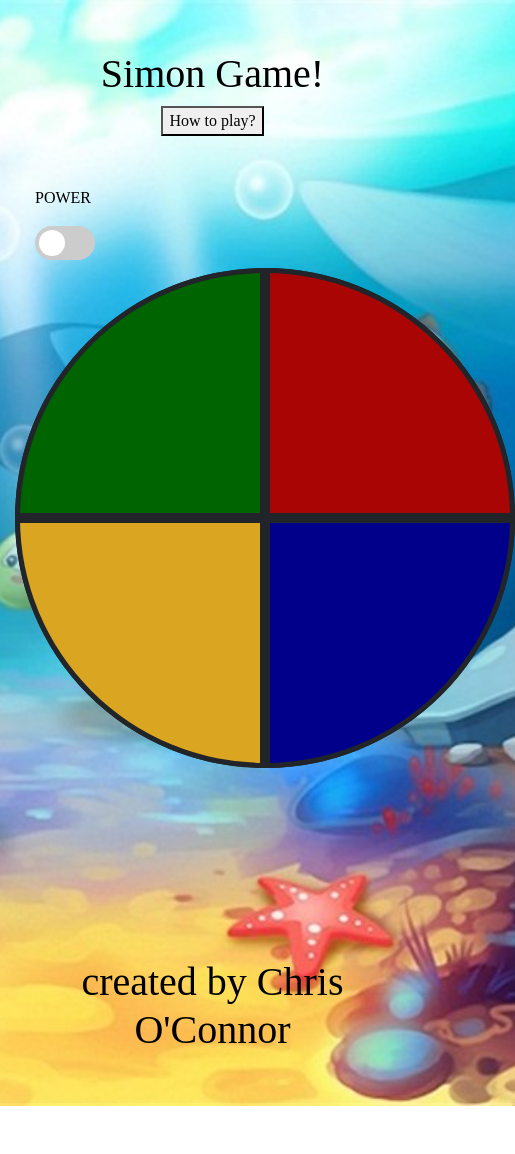
Repository: chrisoc19/SimonSays
Page: index.html
The author's editor kept a record of every edit. The page is drawn from the files as they stood at one moment, then again after the next edit.
The browser window is 375 px wide. The page is 515 px wide, so the pictures cover 515 px, including what lies to the right of the window. The pictures show the whole page.
Some web fonts or font styles are not loaded; a fallback is used.

Above is the page before.

### index.html
<!DOCTYPE html>
<html>
<html lang="en">

<head>
  <meta charset="UTF-8">
  <title>Simon Game</title>
  <meta name="viewport" content="width=device-width, initial-scale=1">
  <link href='https://fonts.googleapis.com/css?family=Original+Surfer&effect=emboss' rel='stylesheet' type='text/css'>
  <link rel="stylesheet" href="css/style.css">
  <link rel="stylesheet" href="https://stackpath.bootstrapcdn.com/bootstrap/4.3.1/css/bootstrap.min.css" integrity="sha384-ggOyR0iXCbMQv3Xipma34MD+dH/1fQ784/j6cY/iJTQUOhcWr7x9JvoRxT2MZw1T" crossorigin="anonymous">
  <script src="https://ajax.googleapis.com/ajax/libs/jquery/3.4.1/jquery.min.js"></script>
</head>

<body>


  <div class="container-fluid">
    <div class="row">
      <div class="col text text-box mobile-margin visible-xs ">
        <h1>Simon Game!</h1>
        <!-- Trigger/Open The Modal -->
        <button id="myBtn">How to play?</button>

        <!-- The Modal -->
        <div id="myModal" class="modal">

          <!-- Modal content -->
          <div class="modal-content">
            <span class="close">&times;</span>
            <p>To begin click on the Power button</p>
            <p>Get ready to watch, remember, repeat! </p>
            <p>Click Start when ready to play..</p>
            <p>If strict mode is enabled you only get one guess so be careful!!...</p>
          </div>

        </div>

      </div>

    </div>


    <div class="row">
      <div class="col-sm-2 switches-wrapper">
        <div class="switches">

          <p class="newButtons">POWER</p>
          <label class="switch">
  <input type="checkbox" class="switch" id="on">
  <span class="slider round"></span>
</label>

          <div class="remove d-none">

            <div id="turn"></div>
            <div class="text2">
              COUNT
            </div>


            <div class="button-container">
              <button class="button" id="start">Start</button>
            </div>


            <p class="newButtons ">STRICT</p>
            <label class="switch">
  <input type="checkbox" class="switch " id="strict">
  <span class="slider round"></span>
</label>

          </div>

        </div>

      </div>
      <div class="col-sm-8">
        <div class="circle">
          <div id="topleft"></div>
          <div id="topright"></div>
          <div id="bottomleft"></div>
          <div id="bottomright"></div>
        </div>
      </div>

    </div>
  </div>

  <div class="container-fluid">
    <div class="row">
      <div class="col footer  mobile-margin visible-xs">
        <h1 class="footer-text">created by Chris O'Connor</h1>


      </div>

    </div>









    <script src="js/index.js"></script>

</body>

</html>

### css/style.css

body {
  margin : 0;
  background-image: url("../img/sea.2.jpg");
  background-position: center;
  background-repeat: no-repeat;
  background-size: cover;

}

/* The Modal (background) */
.modal {
  display: none; /* Hidden by default */
  position: fixed; /* Stay in place */
  z-index: 1; /* Sit on top */
  left: 0;
  top: 0;
  width: 100%; /* Full width */
  height: 100%; /* Full height */
  overflow: auto; /* Enable scroll if needed */
  background-color: rgb(0,0,0); /* Fallback color */
  background-color: rgba(0,0,0,0.4); /* Black w/ opacity */
}
/* -----------------------------------------------------  Modal */
/* Modal Content/Box */
.modal-content {
  background-color: #fefefe;
  margin: 15% auto; /* 15% from the top and centered */
  padding: 20px;
  border: 1px solid #888;
  width: 80%; /* Could be more or less, depending on screen size */
}

/* The Close Button */
.close {
  color: #aaa;
  float: right;
  font-size: 28px;
  font-weight: bold;
}

.close:hover,
.close:focus {
  color: black;
  text-decoration: none;
  cursor: pointer;
}
/* -----------------------------------------------------Footer */
.mobile-margin{
  margin-left: 50px;
}
.footer-text{
  margin-top: 150px;
}
.footer{
  margin-top: 40px;
  margin-bottom: 40px;
  font-family: 'Original Surfer', cursive;
  text-align: center;
  color: black;
}
@media only screen and (min-width: 315px) {
 .footer {
    margin-bottom: 44px;

  }
}
@media only screen and (min-width: 768px) {
 .footer {
    margin-bottom: 94px;
  }
}
@media only screen and (min-width: 1024px) {
 .footer {
    margin-bottom: 455px;
  }
}
@media only screen and (min-width: 1025px) {
 .footer {
    margin-bottom: 40px;
  }
}

/* -----------------------------------------------------Simon game Text */
.text {
  font-family: 'Original Surfer', cursive;

  text-align: center;
  color: black;
}

.text-box {
  margin-top: 50px;
  margin-bottom: 50px;

  background-color: rgba(0, 123, 255, 0);
}

.newButtons{
  font-family: 'Original Surfer', cursive;

  width: 65px;
  color: black;
}

@media only screen and (max-width: 320px) {
 .text-box {
    margin-left: 200px;
  }
  .footer{
    margin-left: 170px;
  }
}
@media only screen and (max-width: 360px) {
 .text-box {
    margin-left: 210px;
  }
  .footer{
    margin-left: 180px;
  }
}
/* ----------------------------------------------------- Switches */
.switches-wrapper {
  margin-left: 20px;
   background-color: rgba(0, 123, 255, 0);
}





/* The switch - the box around the slider */

.switch {
  position: relative;
  display: inline-block;
  width: 60px;
  height: 34px;
}

/* Hide default HTML checkbox */

.switch input {
  opacity: 0;
  width: 0;
  height: 0;
}

/* The slider */

.slider {
  position: absolute;
  cursor: pointer;
  top: 0;
  left: 0;
  right: 0;
  bottom: 0;
  background-color: #ccc;
  -webkit-transition: .4s;
  transition: .4s;
}

.slider:before {
  position: absolute;
  content: "";
  height: 26px;
  width: 26px;
  left: 4px;
  bottom: 4px;
  background-color: white;
  -webkit-transition: .4s;
  transition: .4s;
}

input:checked+.slider {
  background-color: #2196F3;
}

input:focus+.slider {
  box-shadow: 0 0 1px #2196F3;
}

input:checked+.slider:before {
  -webkit-transform: translateX(26px);
  -ms-transform: translateX(26px);
  transform: translateX(26px);
}

/* Rounded sliders */

.slider.round {
  border-radius: 34px;
}

.slider.round:before {
  border-radius: 50%;
}

.toggle {
  margin-left: 20px;
  margin-right: 20px;
}


.button {
  -webkit-transition-duration: 0.4s;
  /* Safari */
  transition-duration: 0.4s;
 font-family:  'Original Surfer', cursive;
}

.button:hover {
  background-color: #4CAF50;
  /* Green */
  color: white;
}

.button-container {
  margin-bottom: 10px;

}


/* -----------------------------------------------------Counter */
.text2 {
  position: absolute;
  font-family: 'Original Surfer', cursive;
  margin-top: 170px;
  margin-bottom: 50px;
  margin-right: 100px;
}



#turn {
  position: absolute;
  background: rgba(0,123,255,.5);
  /*background: #330000;*/
  color: red;
  font-family: courier;
  font-size: 20px;
  height: 30px;
  width: 50px;

  margin-top: 130px;
  margin-left: 5px;
  text-align: center;

  line-height: 30px;
}

/*------------------------------------------------- circle */

.circle {

  background: #385a94;
  border-radius: 50%;
  height: 500px;
  width: 500px;
  position: relative;
  border-style: solid;
  border-width: 10px;
  margin: auto;


}

#topleft {
  position: absolute;
  height: 250px;
  width: 250px;
  border-radius: 250px 0 0 0;
  -moz-border-radius: 250px 0 0 0;
  -webkit-border-radius: 250px 0 0 0;
  background: darkgreen;
  top: 50%;
  left: 50%;
  margin: -250px 0px 0px -250px;
  border-style: solid;
  border-width: 5px;
  box-sizing: border-box;
  -moz-box-sizing: border-box;
  -webkit-box-sizing: border-box;
}

#topright {
  position: absolute;
  height: 250px;
  width: 250px;
  border-radius: 0 250px 0 0;
  -moz-border-radius: 0 250px 0 0;
  -webkit-border-radius: 0 250px 0 0;
  background: #a90505;
  top: 50%;
  left: 50%;
  margin: -250px 0px 0px 0px;
  border-style: solid;
  border-width: 5px;
  box-sizing: border-box;
  -moz-box-sizing: border-box;
  -webkit-box-sizing: border-box;
}

#bottomleft {
  position: absolute;
  height: 250px;
  width: 250px;
  border-radius: 0 0 0 250px;
  -moz-border-radius: 0 0 0 250px;
  -webkit-border-radius: 0 0 0 250px;
  background: goldenrod;
  top: 50%;
  left: 50%;
  margin: 0px -250px 0px -250px;
  border-style: solid;
  border-width: 5px;
  box-sizing: border-box;
  -moz-box-sizing: border-box;
  -webkit-box-sizing: border-box;
}

#bottomright {
  position: absolute;
  height: 250px;
  width: 250px;
  border-radius: 0 0 250px 0;
  -moz-border-radius: 0 0 250px 0;
  -webkit-border-radius: 0 0 250px 0;
  background: darkblue;
  top: 50%;
  left: 50%;
  margin: 0px 0px -250px 0px;
  border-style: solid;
  border-width: 5px;
  box-sizing: border-box;
  -moz-box-sizing: border-box;
  -webkit-box-sizing: border-box;
}

### js/index.js
let order = [];
let playerOrder = [];
let flash;
let turn;
let good;
let compTurn;
let intervalId;
let strict = false;
let start = false;
let noise = true;
let on = false;
let win;

let oneNoise = new Audio('sounds/drop.mp3');
let twoNoise = new Audio('sounds/pop.mp3');
let threeNoise = new Audio('sounds/seagull.ogg');
let fourNoise = new Audio('sounds/radar.wav');
let startNoise = new Audio('sounds/startSound.ogg');
let offNoise = new Audio('sounds/off.ogg');
let winNoise = new Audio('sounds/winSound.wav');
let strictNoise = new Audio('sounds/b1.wav');


const turnCounter = document.querySelector("#turn");
const topLeft = document.querySelector("#topleft");
const topRight = document.querySelector("#topright");
const bottomLeft = document.querySelector("#bottomleft");
const bottomRight = document.querySelector("#bottomright");
const strictButton = document.querySelector("#strict");
const onButton = document.querySelector("#on");
const startButton = document.querySelector("#start");

//--------------------------------------------------------------- onButton
// Get the modal
var modal = document.getElementById("myModal");

// Get the button that opens the modal
var btn = document.getElementById("myBtn");

// Get the <span> element that closes the modal
var span = document.getElementsByClassName("close")[0];

// When the user clicks on the button, open the modal
btn.onclick = function() {
  modal.style.display = "block";
}

// When the user clicks on <span> (x), close the modal
span.onclick = function() {
  modal.style.display = "none";
}

// When the user clicks anywhere outside of the modal, close it
window.onclick = function(event) {
  if (event.target == modal) {
    modal.style.display = "none";
  }
}
//--------------------------------------------------------------- onButton

$('#on').click(function() {
    $('.remove').removeClass('d-none');
    $('.add').addClass('d-none');
})

onButton.addEventListener('click', (event) => {
    if (onButton.checked == true) {
        on = true;
        turnCounter.innerHTML = "-";
        startSound();
        flashColor();
        setTimeout(() => {
            clearColor();
        }, 800);
    }
    else {
        on = false;
        turnCounter.innerHTML = "Bye";
        setTimeout(() => {
            turnCounter.innerHTML = "";
        }, 1000);
        clearInterval(intervalId);
        off();
        flashColor();
        setTimeout(() => {
            clearColor();
        }, 800);
        setTimeout(() => {
            document.location.reload(true);
        }, 200);

    }

});

function startSound() {
    if (noise) {
        startNoise.play();
    }
    noise = true;

}

function off() {
    if (noise) {
        offNoise.play();
    }
    noise = true;

}
//---------------------------------------------------------------startButton
startButton.addEventListener('click', (event) => {
    if (on || win) {
        play();
        start = true;
    }
    if (onButton.checked == false) {
        startButton = 'unclick';
        start = false;

    }

});

//--------------------------------------------------------------- strictButton


strictButton.addEventListener('change', (event) => {
    if (onButton.checked == false) {
        document.getElementById("#strict").disabled = true;

    }
    if (strictButton.checked == true) {
        strict = true;
        strictSound();
        clearInterval(intervalId);
        turnCounter.innerHTML = "-";
        flashColor();
        setTimeout(() => {
            clearColor();
        }, 800);

    }
    else {
        strict = false;
        strictSound();
        clearInterval(intervalId);
        turnCounter.innerHTML = "-";
        flashColor();
        setTimeout(() => {
            clearColor();
        }, 800);

    }
});

function strictSound() {
    if (noise) {
        strictNoise.play();
    }
    noise = true;

}
//---------------------------------------------------------------play()
function play() {
    win = false;
    order = [];
    playerOrder = [];
    flash = 0;
    intervalId = 0;
    turn = 1;
    turnCounter.innerHTML = 1;
    good = true;
    for (var i = 0; i < 20; i++) {
        order.push(Math.floor(Math.random() * 4) + 1);
    }
    compTurn = true;

    intervalId = setInterval(gameTurn, 800);
}
//---------------------------------------------------------------GameTurn  ()
function gameTurn() {
    on = false;

    if (flash == turn) {
        clearInterval(intervalId);
        compTurn = false;
        clearColor();
        on = true;
    }

    if (compTurn) {
        clearColor();
        setTimeout(() => {
            if (order[flash] == 1) one();
            if (order[flash] == 2) two();
            if (order[flash] == 3) three();
            if (order[flash] == 4) four();
            flash++;
        }, 200);
    }
}
//--------------------------------------------------------------- Function 1 - 4
function one() {
    if (noise) {
        oneNoise.play();
    }
    noise = true;
    topLeft.style.backgroundColor = "lightgreen";
}

function two() {
    if (noise) {
        twoNoise.play();
    }
    noise = true;
    topRight.style.backgroundColor = "tomato";
}

function three() {
    if (noise) {
        threeNoise.play();
    }
    noise = true;
    bottomLeft.style.backgroundColor = "yellow";
}

function four() {
    if (noise) {
        fourNoise.play();
    }
    noise = true;
    bottomRight.style.backgroundColor = "lightskyblue";
}
//---------------------------------------------------------------clear color
function clearColor() {
    topLeft.style.backgroundColor = "darkgreen";
    topRight.style.backgroundColor = "darkred";
    bottomLeft.style.backgroundColor = "goldenrod";
    bottomRight.style.backgroundColor = "darkblue";
}
//---------------------------------------------------------------  flash Colors
function flashColor() {
    topLeft.style.backgroundColor = "lightgreen";
    topRight.style.backgroundColor = "tomato";
    bottomLeft.style.backgroundColor = "yellow";
    bottomRight.style.backgroundColor = "lightskyblue";
}
//---------------------------------------------------------------Click Events
topLeft.addEventListener('click', (event) => {
    if (on && start) {
        playerOrder.push(1);
        check();
        one();
        if (!win) {
            setTimeout(() => {
                clearColor();
            }, 300);
        }
    }

});

topRight.addEventListener('click', (event) => {
    if (on && start) {
        playerOrder.push(2);
        check();
        two();
        if (!win) {
            setTimeout(() => {
                clearColor();
            }, 300);
        }
    }
});

bottomLeft.addEventListener('click', (event) => {
    if (on && start) {
        playerOrder.push(3);
        check();
        three();
        if (!win) {
            setTimeout(() => {
                clearColor();
            }, 300);
        }
    }

});

bottomRight.addEventListener('click', (event) => {
    if (on && start) {
        playerOrder.push(4);
        check();
        four();
        if (!win) {
            setTimeout(() => {
                clearColor();
            }, 300);
        }
    }
});
//---------------------------------------------------------------Check()
function check() {
    if (playerOrder[playerOrder.length - 1] !== order[playerOrder.length - 1])
        good = false;

    if (playerOrder.length == 3 && good) {
        winGame();
    }
    if (good == false) {
        turnCounter.innerHTML = "NO!";
        setTimeout(() => {
            turnCounter.innerHTML = turn;
            clearColor();

            if (strict) {
                play();
            }
            else {
                compTurn = true;
                flash = 0;
                playerOrder = [];
                good = true;
                intervalId = setInterval(gameTurn, 800);
            }
        }, 800);
        noise = false;
    }
    if (turn == playerOrder.length && good && !win) {
        turn++;
        playerOrder = [];
        compTurn = true;
        flash = 0;
        turnCounter.innerHTML = turn;
        intervalId = setInterval(gameTurn, 800);
    }
}
//---------------------------------------------------------------winGame
function winGame() {
    flashColor();
    winSound();
    turnCounter.innerHTML = "win!";
    on = false;
    win = true;
}

function winSound() {
    if (noise) {
        winNoise.play();
    }
    noise = true;

}

After the next edit:
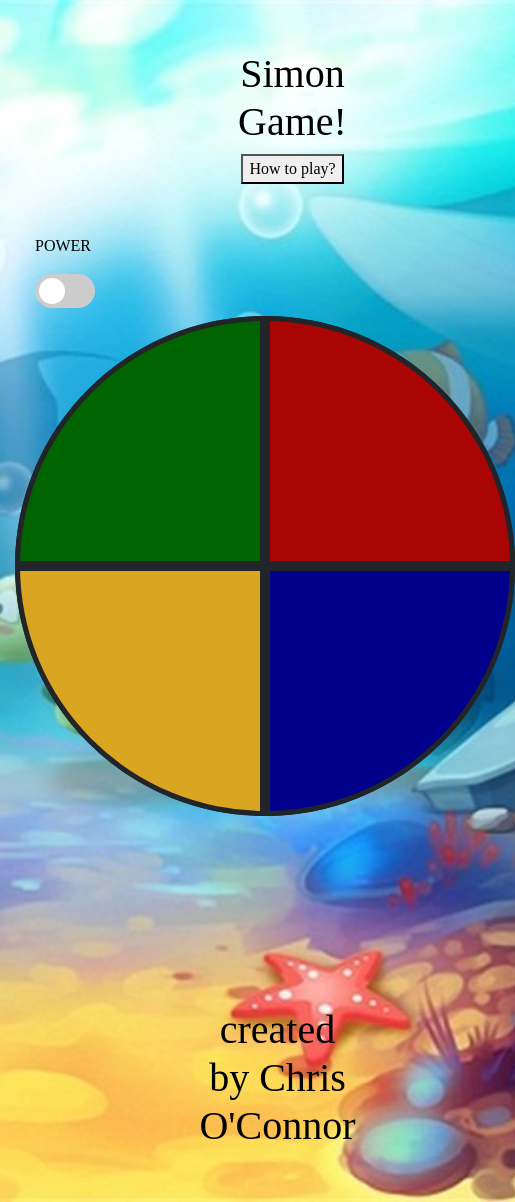
The edit:
--- a/css/style.css
+++ b/css/style.css
@@ -119,6 +119,14 @@
     margin-left: 180px;
   }
 }
+@media only screen and (max-width: 411px) {
+ .text-box {
+    margin-left: 210px;
+  }
+  .footer{
+    margin-left: 180px;
+  }
+}
 /* ----------------------------------------------------- Switches */
 .switches-wrapper {
   margin-left: 20px;
